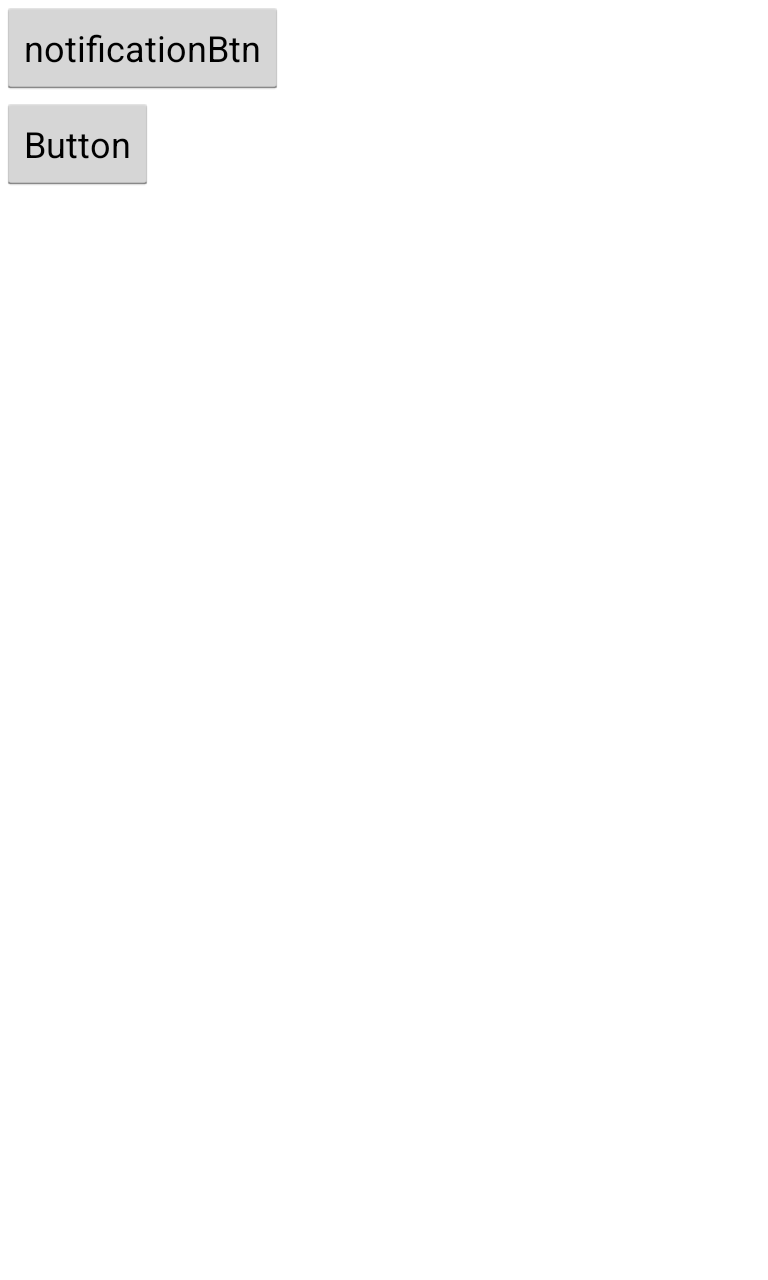
Repository: XH888/AndroidDemo
Layout: ExciseDemo/res/layout/aty_use_notification.xml
The author's editor kept a copy of each file at every save. The layout is drawn from the files as they stood at one save, then again after the next save.
It is drawn on a 768 x 1280 px phone screen (xhdpi) without system bars, with theme AppTheme; the app's code is not run.

Above is the layout before, as saved 2015-10-29 06:36:57.

### ExciseDemo/res/layout/aty_use_notification.xml
<?xml version="1.0" encoding="utf-8"?>
<LinearLayout xmlns:android="http://schemas.android.com/apk/res/android"
    android:layout_width="match_parent"
    android:layout_height="match_parent"
    android:orientation="vertical" >
    <Button
        android:layout_width="wrap_content"
        android:layout_height="wrap_content"
        android:id="@+id/notificationBtn"
        android:text="notificationBtn"/>

    <Button
        android:id="@+id/button1"
        android:layout_width="wrap_content"
        android:layout_height="wrap_content"
        android:text="Button" />

</LinearLayout>

Loaded but not shown: ExciseDemo/res/values/styles.xml (common file); ExciseDemo/res/values-v11/styles.xml (common file); ExciseDemo/res/values-v14/styles.xml (common file)

After the next save:
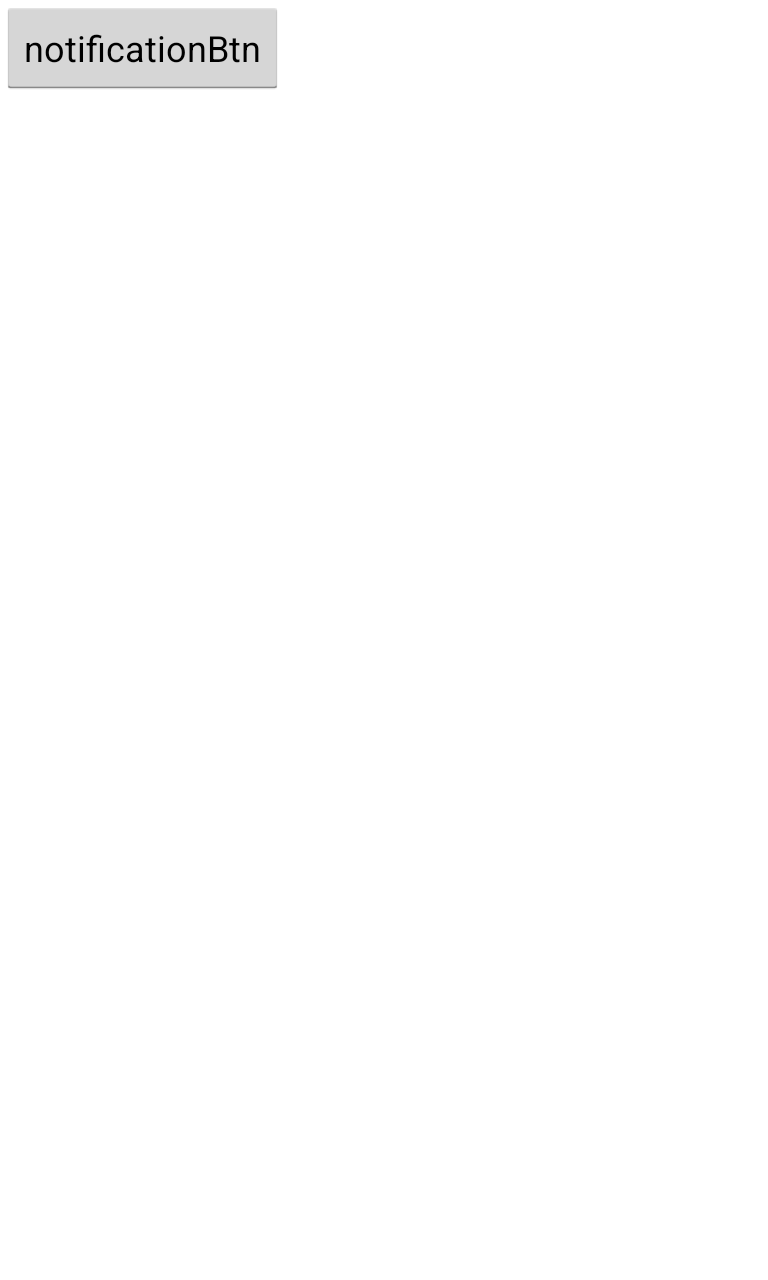
Saved 5 s later.
--- a/ExciseDemo/res/layout/aty_use_notification.xml
+++ b/ExciseDemo/res/layout/aty_use_notification.xml
@@ -9,10 +9,4 @@
         android:id="@+id/notificationBtn"
         android:text="notificationBtn"/>
 
-    <Button
-        android:id="@+id/button1"
-        android:layout_width="wrap_content"
-        android:layout_height="wrap_content"
-        android:text="Button" />
-
 </LinearLayout>
